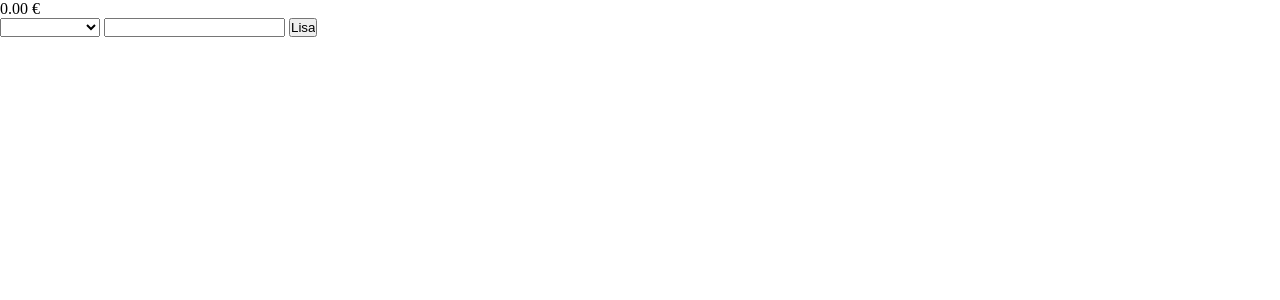
Repository: vikatgen/MTUE-API
Page: index.html
The author's editor kept a copy of each file at every save. The page is drawn from the files as they stood at one save, then again after the next save.
The browser window is 1280 px wide. The pictures show the whole page.
The page's requests for data from a server got no answer.

Above is the page before, as saved 2020-03-25 14:22:09.

After the next save:
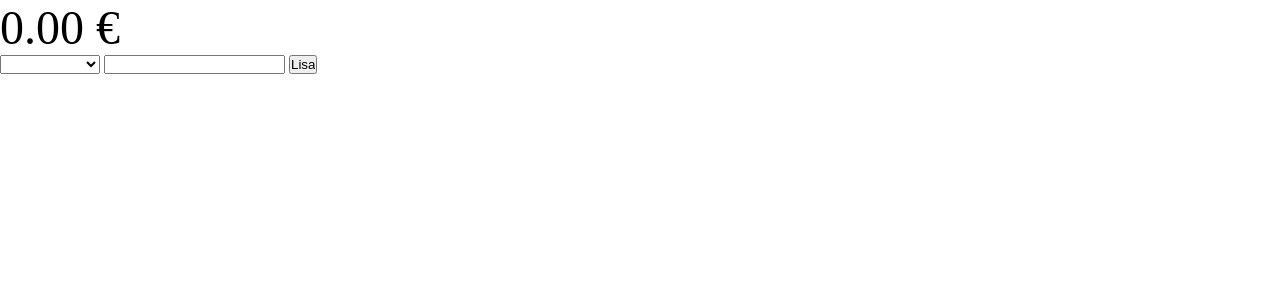
Saved 10 min 42 s later.
--- a/style.css
+++ b/style.css
@@ -2,6 +2,10 @@
   padding: 0;
   margin: 0;
   box-sizing: border-box;
+}
+
+#total {
+  font-size: 3rem;
 }
 
 #list-container {
